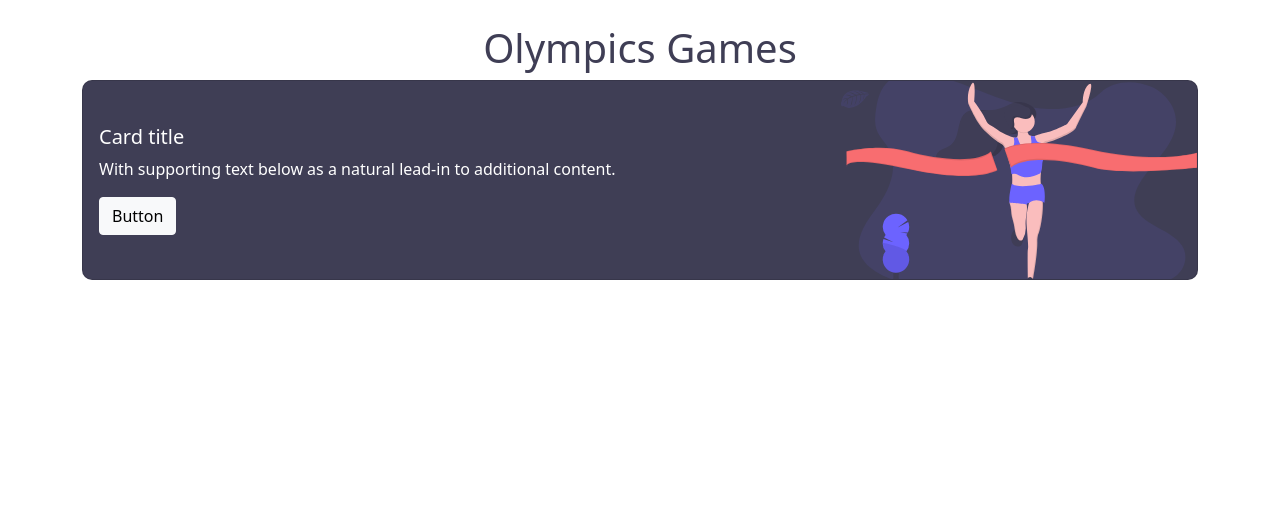
Repository: ahmedazawi/olympic_games
Page: client/views/index.html
These files come from the project's save history. The page is drawn as it stood at one moment and after the next save; the edit follows.
The browser window is 1280 px wide. The pictures show the whole page.

Above is the page before, as saved 2021-12-24 13:03:50.

After the next save:
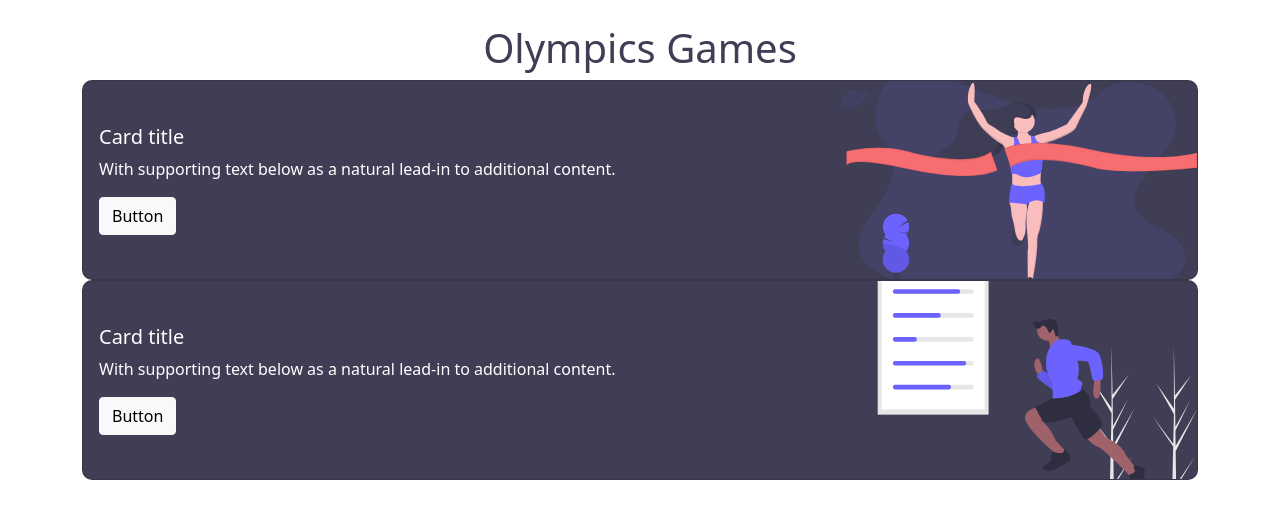
Saved 63 s later.
--- a/client/views/index.html
+++ b/client/views/index.html
@@ -33,14 +33,28 @@
                             <img src="/svg/1.svg">
                         </div>
                     </div>
+
+                    <div class="col-12">
+                        <div class="card w-100 d-flex flex-row align-items-center">
+                            <div class="card-body">
+                                <h5 class="card-title">Card title</h5>
+                                <p class="card-text">With supporting text below as a natural lead-in to additional
+                                    content.
+                                </p>
+                                <a href="#" class="btn btn-light ">Button</a>
+                            </div>
+                            <div>
+                                <img src="/svg/2.svg">
+                            </div>
+                        </div>
+                    </div>
                 </div>
             </div>
         </div>
-    </div>
 
-    <script src="https://cdn.jsdelivr.net/npm/bootstrap@5.1.3/dist/js/bootstrap.bundle.min.js"
-        integrity="sha384-ka7Sk0Gln4gmtz2MlQnikT1wXgYsOg+OMhuP+IlRH9sENBO0LRn5q+8nbTov4+1p"
-        crossorigin="anonymous"></script>
+        <script src="https://cdn.jsdelivr.net/npm/bootstrap@5.1.3/dist/js/bootstrap.bundle.min.js"
+            integrity="sha384-ka7Sk0Gln4gmtz2MlQnikT1wXgYsOg+OMhuP+IlRH9sENBO0LRn5q+8nbTov4+1p"
+            crossorigin="anonymous"></script>
 </body>
 
 </html>
